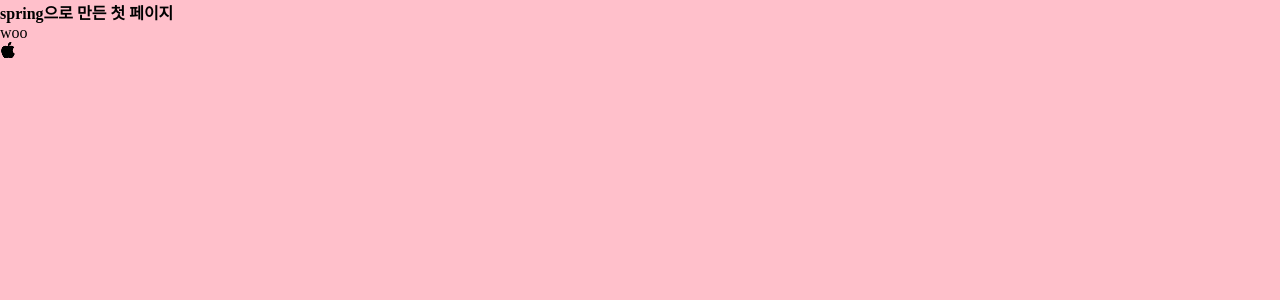
Repository: honggyeongwoo/spring-class-content
Page: Day58_20260813/src/main/resources/static/index.html
The author's editor kept a copy of each file at every save. The page is drawn from the files as they stood at one save, then again after the next save.
The browser window is 1280 px wide. The pictures show the whole page.

Above is the page before, as saved 2026-08-13 00:36:51.

After the next save:
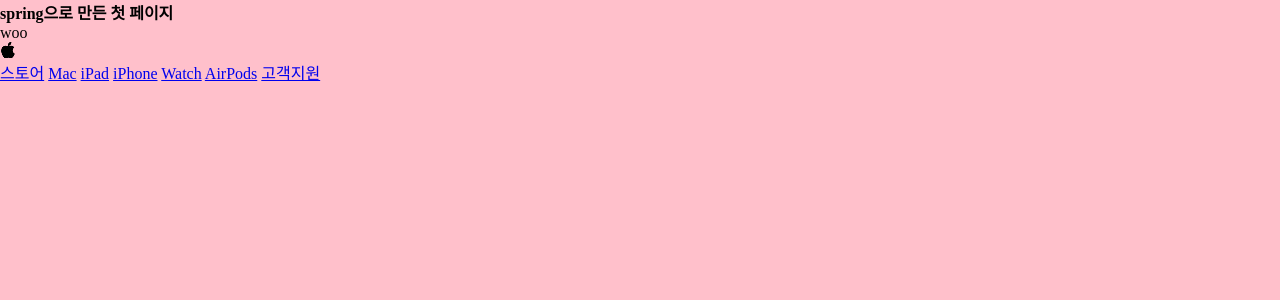
Saved 79 s later.
--- a/Day58_20260813/src/main/resources/static/index.html
+++ b/Day58_20260813/src/main/resources/static/index.html
@@ -19,6 +19,18 @@
 			<i class="bi bi-apple"></i>
 		</header>
 
+		<main>
+			<nav>
+				<a href="#store" >스토어</a>
+                <a href="#mac" >Mac</a>
+                <a href="#ipad" >iPad</a>
+                <a href="#iphone" >iPhone</a>
+                <a href="#watch" >Watch</a>
+                <a href="#airpods" >AirPods</a>
+                <a href="#support">고객지원</a>
+			</nav>
+		</main>
+
 	</div>
 
 <script src="/js/index.js"></script>
